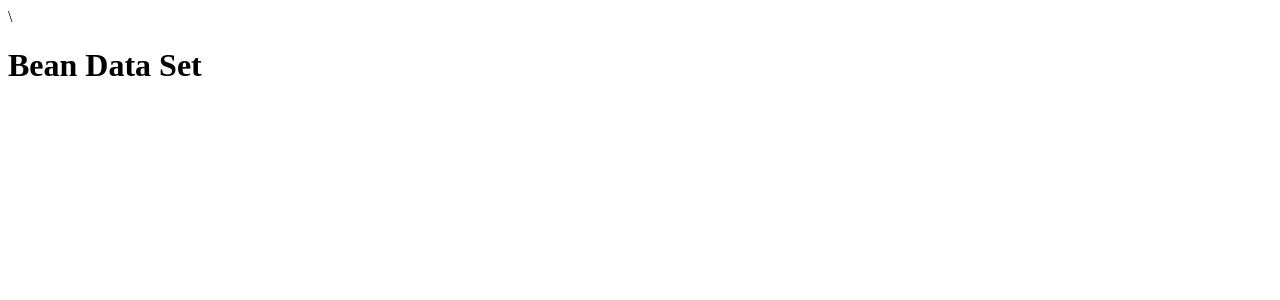
Repository: jjb5442/JSP
Page: http://localhost/06_Java_Bean_tutorial/SetJavaBean.jsp
The author's editor kept a copy of each file at every save. The page is drawn from the files as they stood at one save, then again after the next save.
The browser window is 1280 px wide. The pictures show the whole page.
The page is served by Tomcat 9.

Above is the page before, as saved 2022-05-28 00:30:04.

After the next save:
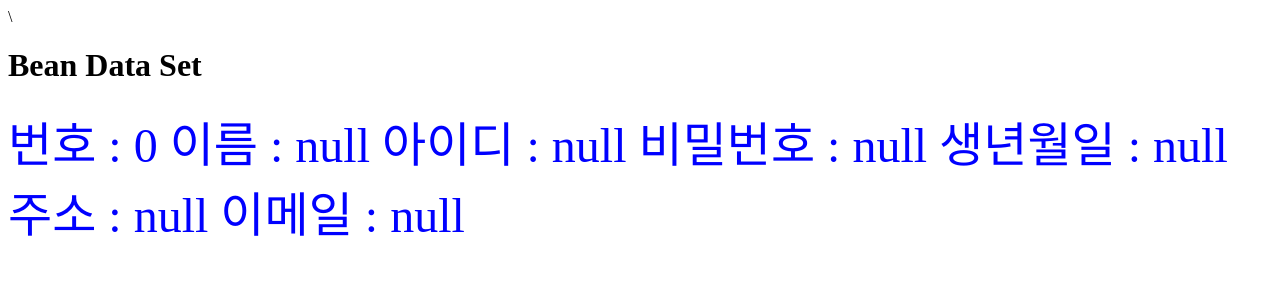
Saved 3 min 26 s later.
--- a/8Day/workspace/06_Java_Bean_tutorial/src/main/webapp/SetJavaBean.jsp
+++ b/8Day/workspace/06_Java_Bean_tutorial/src/main/webapp/SetJavaBean.jsp
@@ -11,5 +11,14 @@
 <body>
 	<h1>Bean Data Set</h1>
 	<jsp:setProperty property="*" name="member"/>
+	<font size="12" color="blue">
+		번호 : 		<jsp:getProperty property="no" 			name="member"/>
+		이름 : 		<jsp:getProperty property="name" 		name="member"/>
+		아이디 : 		<jsp:getProperty property="id" 			name="member"/>
+		비밀번호 : 	<jsp:getProperty property="password" 	name="member"/>
+		생년월일 : 	<jsp:getProperty property="birthday" 	name="member"/>
+		주소 : 		<jsp:getProperty property="address" 	name="member"/>
+		이메일 : 		<jsp:getProperty property="email" 		name="member"/>
+	</font>
 </body>
 </html>
